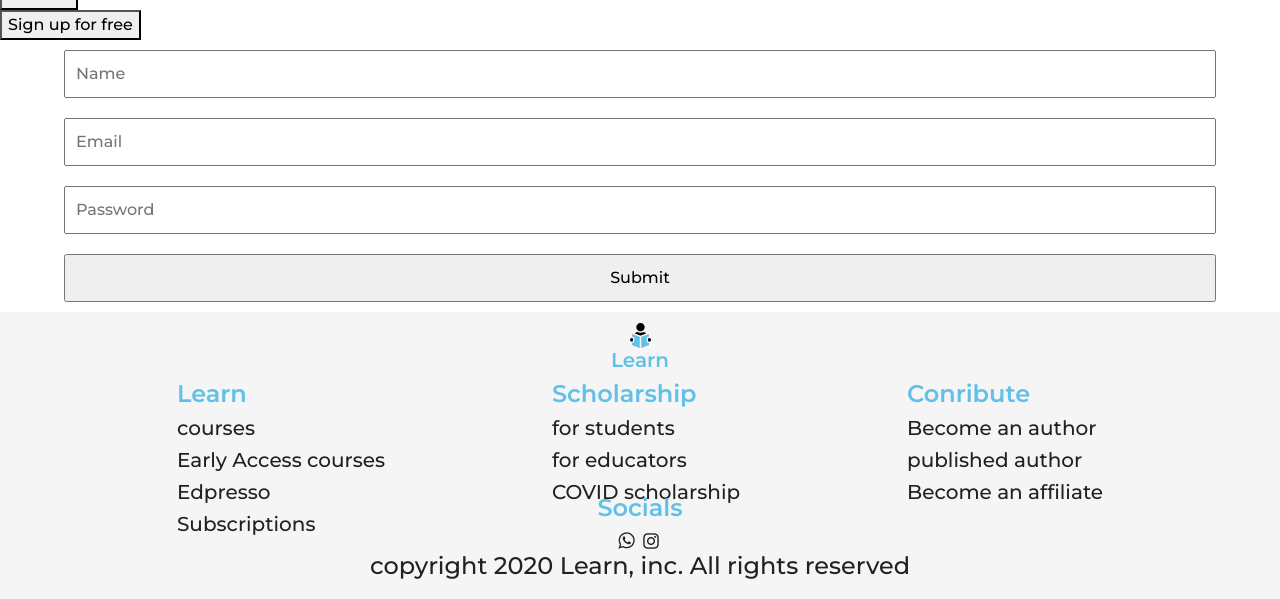
Repository: TiaraOluwanimi/team5
Page: tutor.html
An editor plug-in stored every save of this project. The page is shown before and after the next save, followed by the edit.
The browser window is 1280 px wide. The pictures show the part of the page from y = 2326 to 2925 px (the page is 2925 px tall before and 2917 px after).
A picture or video elsewhere on the page could not be fetched, so the positions and the page height are approximate. Some web libraries are served in a nearby version.

Above is the page before, as saved 2020-08-08 11:02:33.

After the next save:
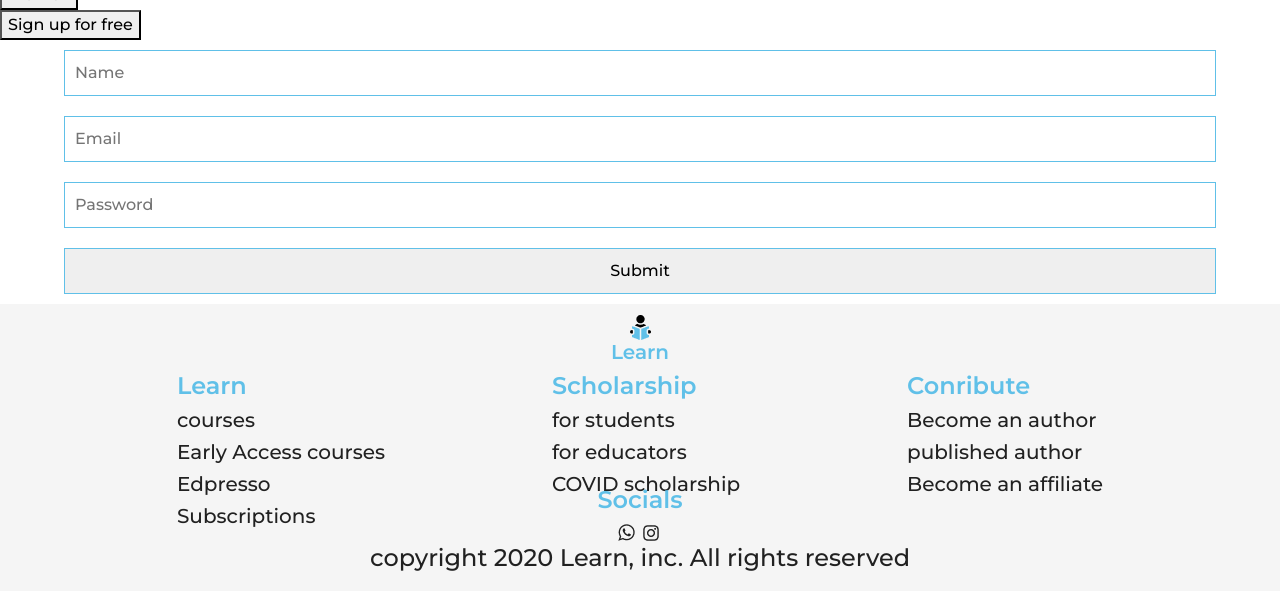
Saved 34 s later.
--- a/assets/css/testimonial.css
+++ b/assets/css/testimonial.css
@@ -32,4 +32,6 @@ form input{
     width:100%;
     margin:10px 0;
     padding:10px;
+    border: 1px solid #60C0E8;
+box-sizing: border-box;
 }
